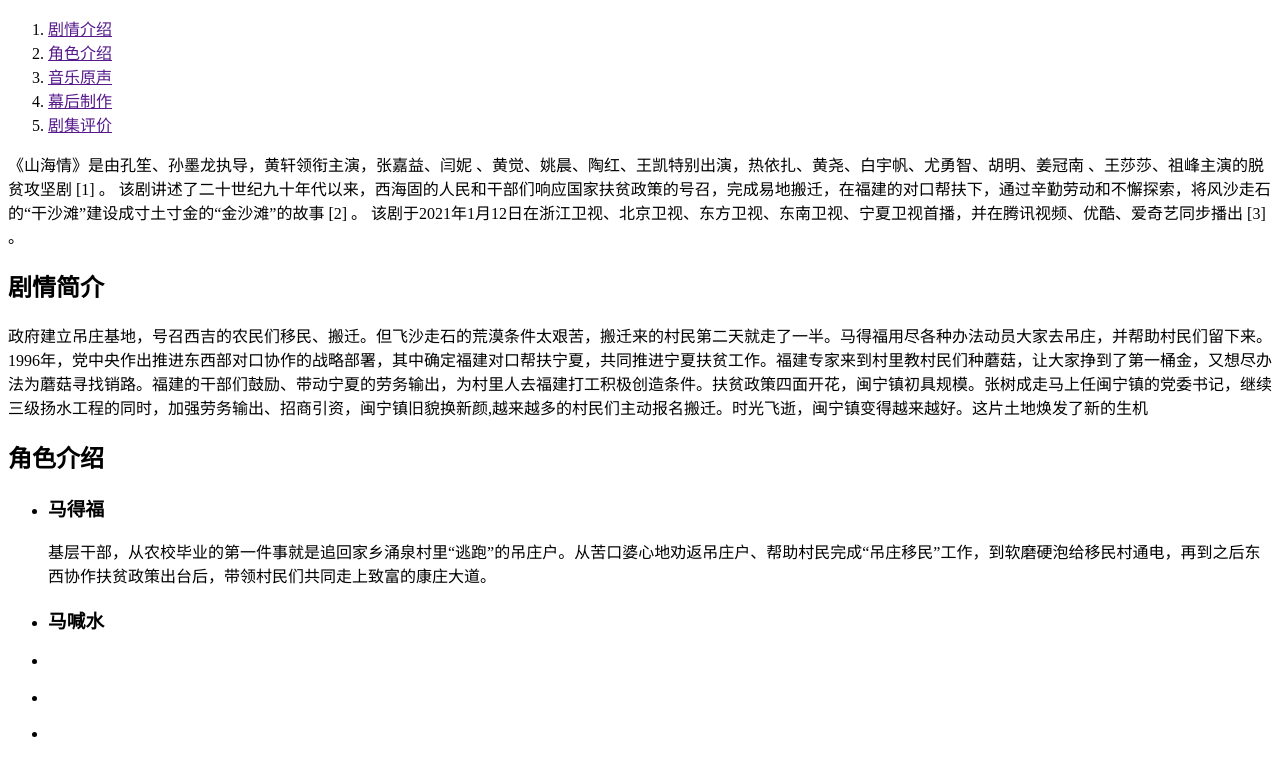
Repository: Lixianlai-2/static-website
Page: index.html
These files come from the project's save history. The page is drawn as it stood at one moment and after the next save; the edit follows.
The browser window is 1280 px wide. The pictures show the whole page.

Above is the page before, as saved 2021-11-29 23:19:06.

After the next save:
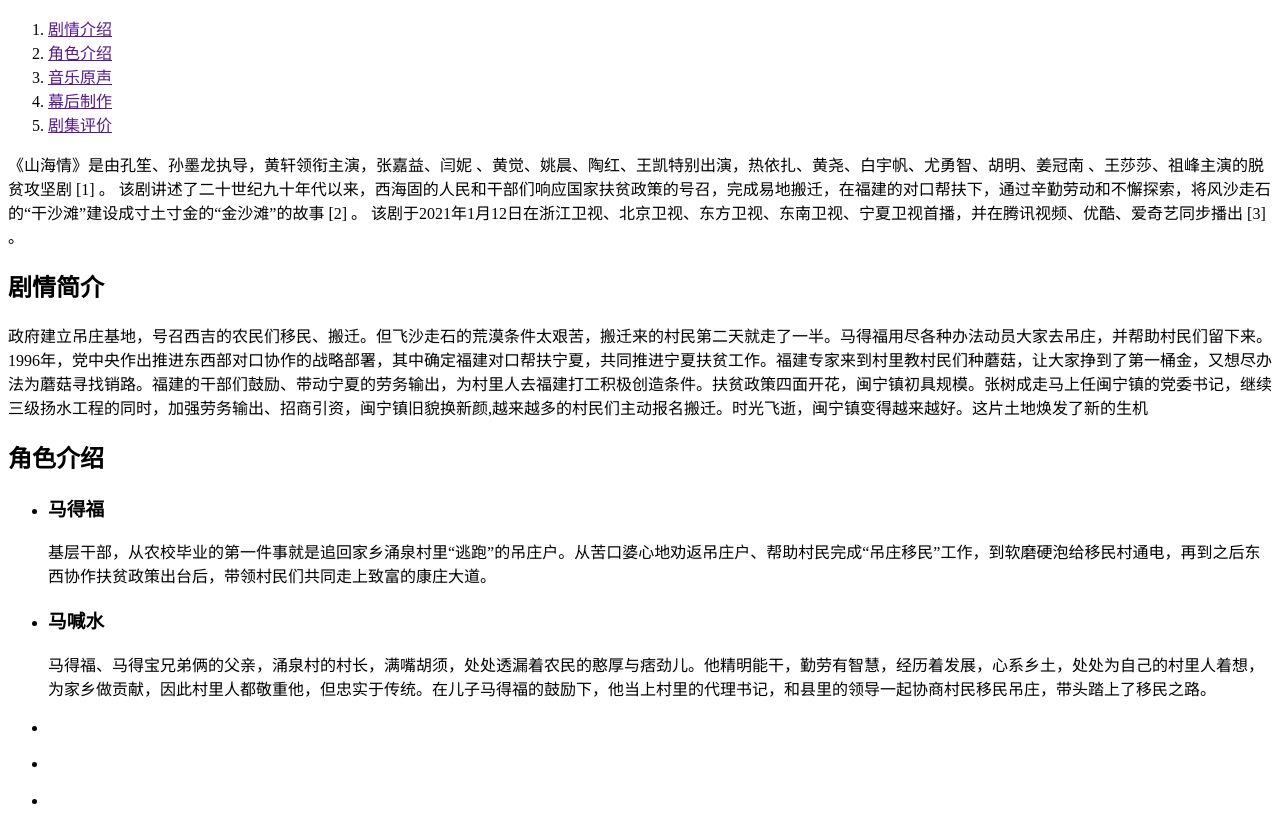
Saved 14 s later.
--- a/index.html
+++ b/index.html
@@ -52,7 +52,9 @@
       </li>
       <li>
         <h3>马喊水</h3>
-        <p></p>
+        <p>
+          马得福、马得宝兄弟俩的父亲，涌泉村的村长，满嘴胡须，处处透漏着农民的憨厚与痞劲儿。他精明能干，勤劳有智慧，经历着发展，心系乡土，处处为自己的村里人着想，为家乡做贡献，因此村里人都敬重他，但忠实于传统。在儿子马得福的鼓励下，他当上村里的代理书记，和县里的领导一起协商村民移民吊庄，带头踏上了移民之路。
+        </p>
       </li>
       <li>
         <h3></h3>
